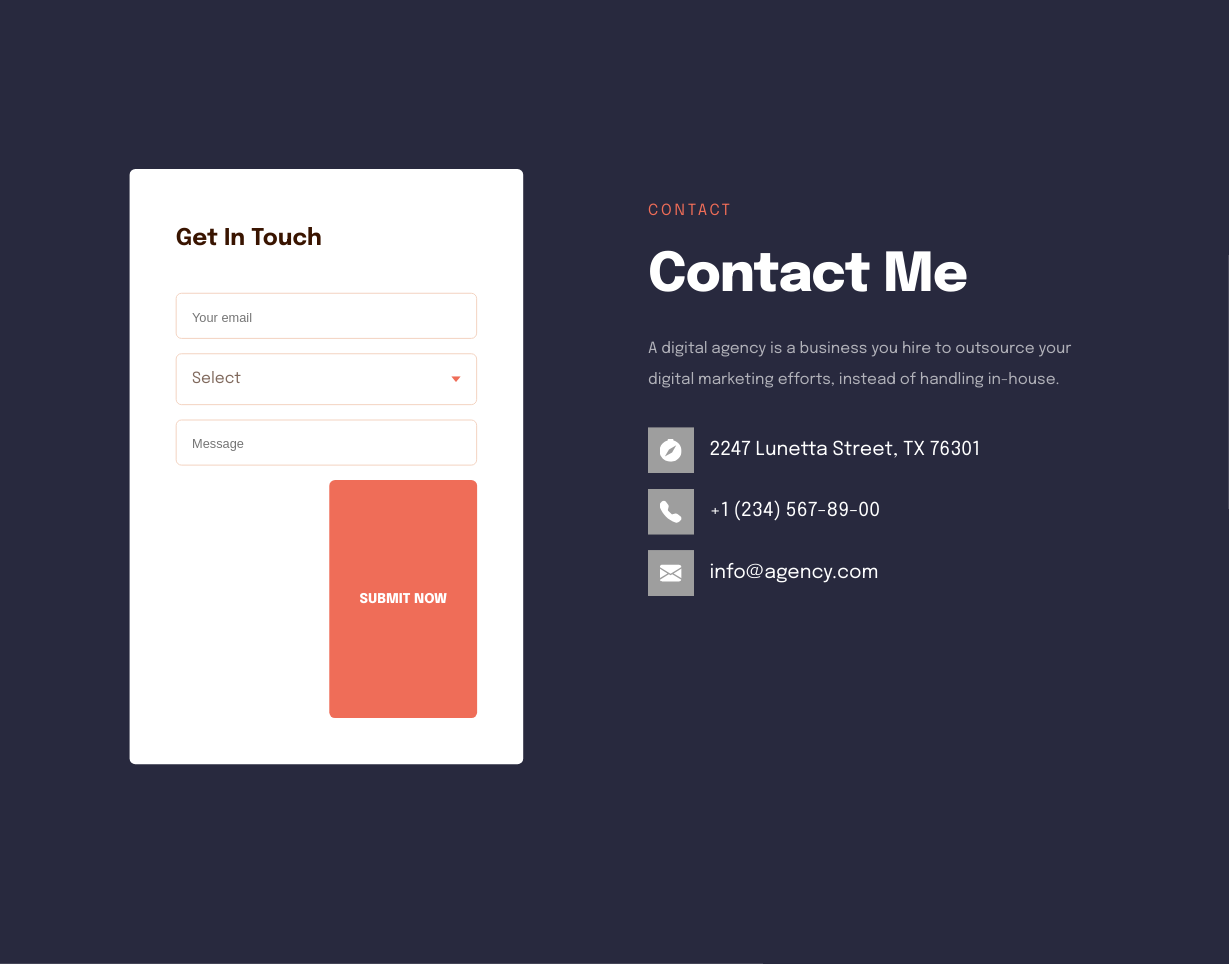
Repository: NatiqSamiyev/form-task-2
Page: index.html
These files come from the project's save history. The page is drawn as it stood at one moment and after a run of saves; the edit follows.
The browser window is 1280 px wide. The pictures show the whole page, at 96% of full size.
Pictures or frames that could not be fetched are drawn as grey boxes. Some web fonts or font styles are not loaded; a fallback is used.

Above is the page before, as saved 2023-10-30 11:25:24.

After the next 2 saves:
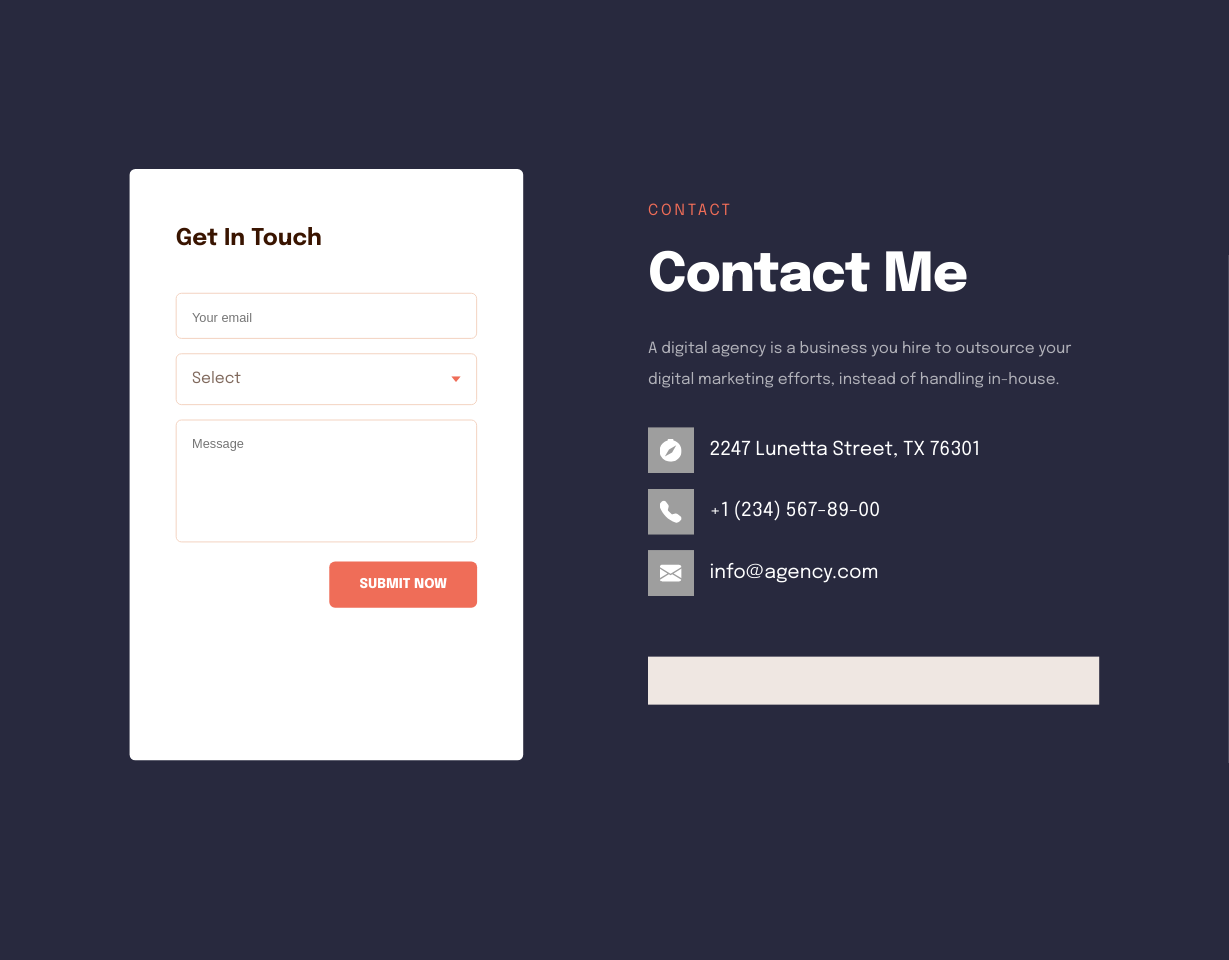
The 2 saves are shown as one change because they came seconds apart.
The last was saved 27 s later.
--- a/index.css
+++ b/index.css
@@ -49,7 +49,7 @@ input {
   background: #fff;
 }
 
-.text-message {
+.message-input {
   height: 128px;
   padding: 9px 16px 87px 16px;
   margin-bottom: 5px;
@@ -58,7 +58,7 @@ input {
 form .submit-btn {
   width: 154px;
   margin-left: auto;
-  height: 248px;
+  height: 48px;
   border-radius: 6px;
   background: #ef6d58;
   border: none;
@@ -136,7 +136,6 @@ ul li {
   fill: #fff;
   position: absolute;
   margin-left: 12px;
-  /* margin-bottom: 0px; */
 }
 
 ul li p {
@@ -172,13 +171,11 @@ ul li:last-child {
   border: none;
   color: var(--Text_Dark_Gray, rgba(57, 20, 0, 0.64));
   font-feature-settings: "clig" off, "liga" off;
-
-  /* Text */
   font-family: Epilogue;
   font-size: 16px;
   font-style: normal;
   font-weight: 400;
-  line-height: 32px; /* 200% */
+  line-height: 32px;
   text-align: start;
 }
 .select-box svg {
@@ -200,3 +197,10 @@ ul li:last-child {
 .rotate {
   transform: rotate(180deg) translateY(-50%);
 }
+
+.bottom-box{
+  margin-top: 45px;
+  width: 100%;
+  padding: 25px 20px;
+  background-color: #efe7e2;
+}
